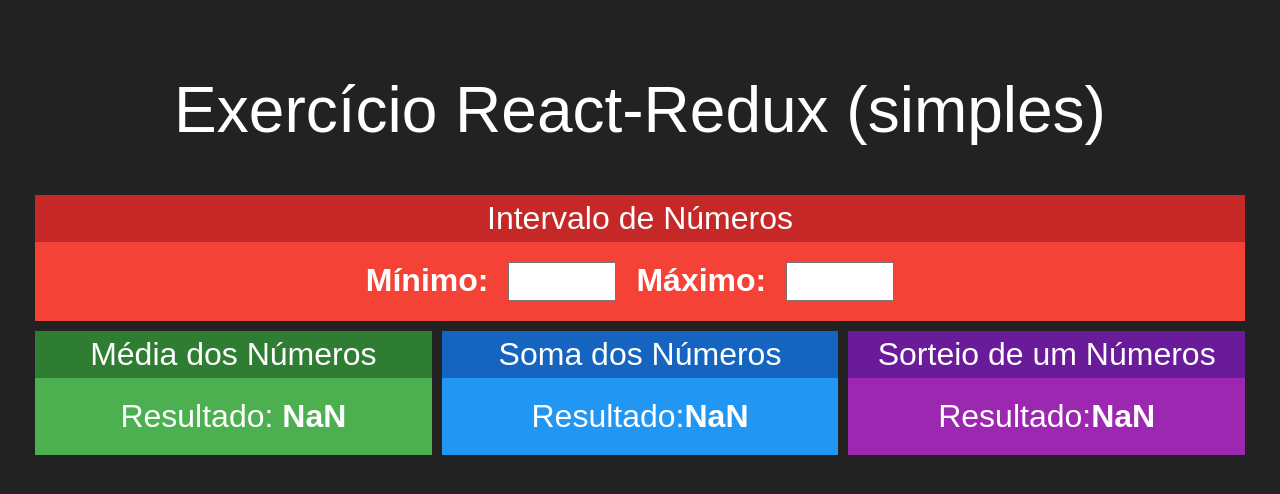
Repository: Henrique-Franca/Clear-Redux-Simples
Page: /
These files come from the project's save history. The page is drawn as it stood at one moment and after the next save; the edit follows.
The browser window is 1280 px wide. The pictures show the whole page.
The project was rebuilt for these pictures with package versions that can differ from the ones it lists, and the page was loaded fresh each time.

Above is the page before, as saved 2022-11-22 08:53:39.

After the next save:
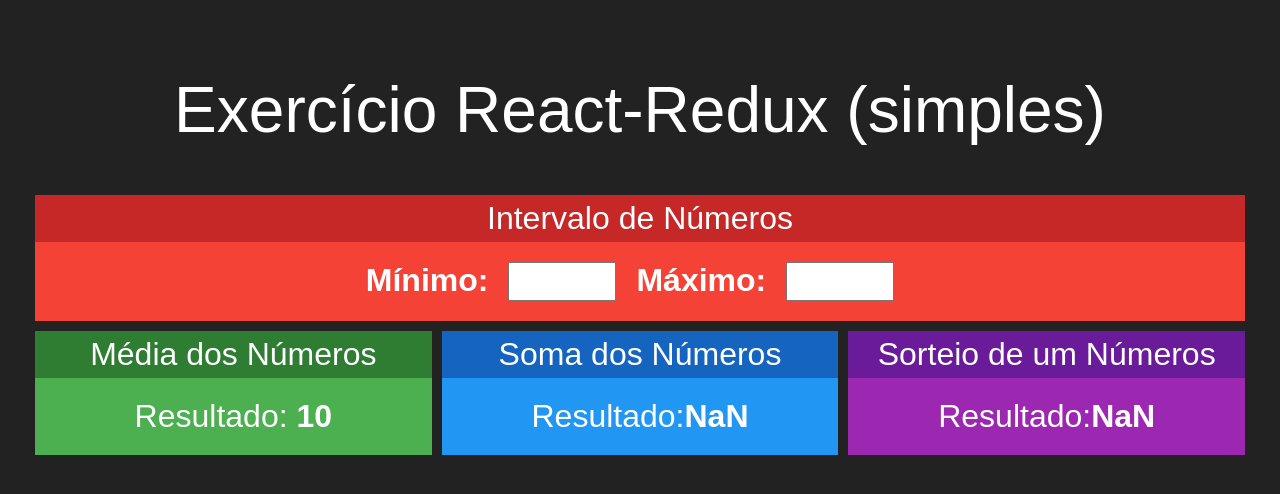
Saved 48 s later.
--- a/src/components/Media.jsx
+++ b/src/components/Media.jsx
@@ -3,13 +3,13 @@ import React from 'react'
 import Card from './Card'
 
 export default props =>{
-    const { min, max } = props;
+
   return (
     <Card title="Média dos Números" green>
       <div>
         <span>
           <span>Resultado: </span>
-          <strong>{(max + min) / 2}</strong>
+          <strong>{10}</strong>
         </span>
       </div>
     </Card>
